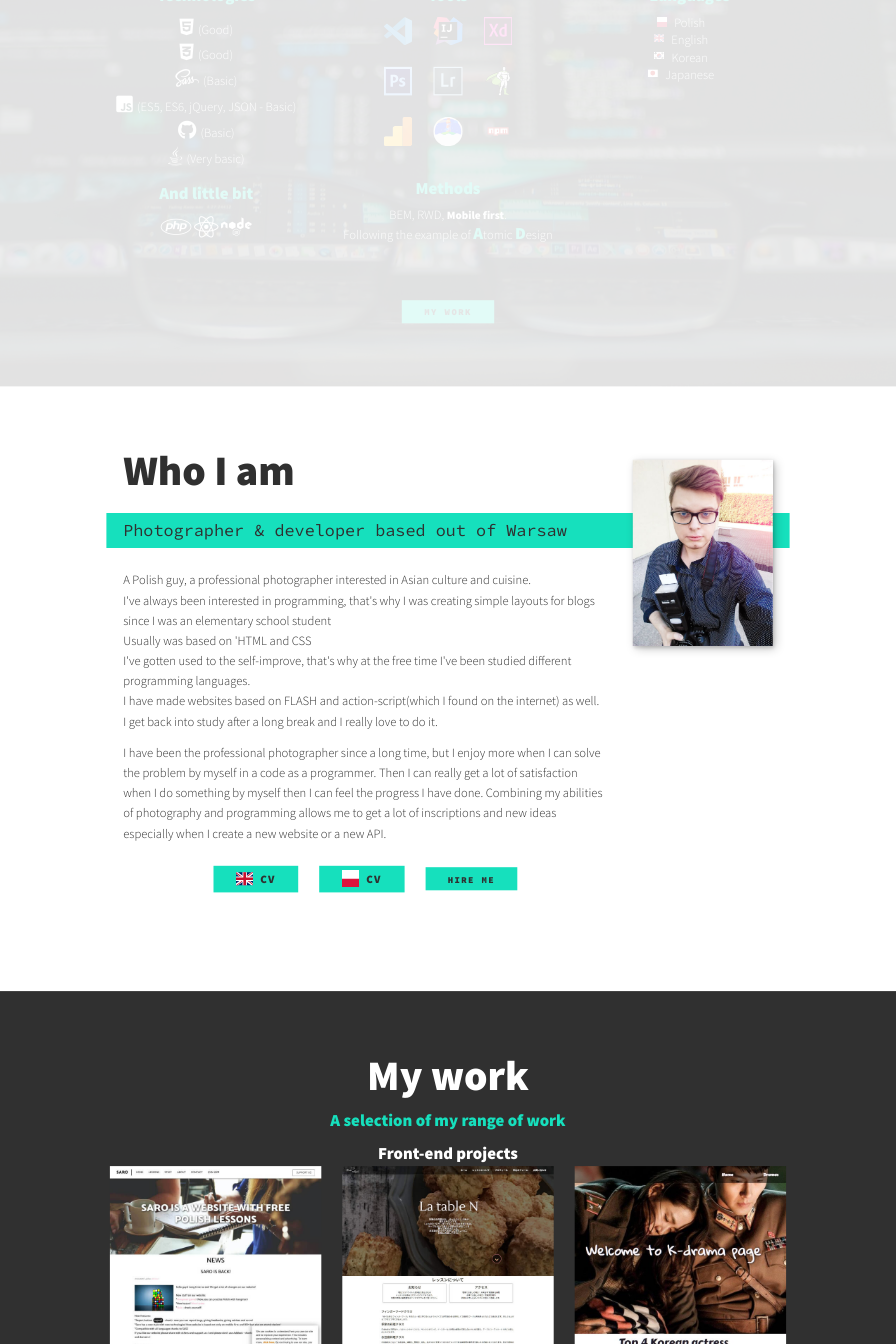
Repository: michalskirobert/michalskirobert.github.io
Page: index.html
These files come from the project's save history. The page is drawn as it stood at one moment and after the next save; the edit follows.
The browser window is 1280 px wide. The pictures show the part of the page from y = 817 to 2737 px (the page is 4481 px tall), at 70% of full size.
Some web libraries are served in a nearby version.

Above is the page before, as saved 2020-11-08 22:48:17.
Console error: TypeError: Cannot read properties of null (reading 'addEventListener')

### index.html
<!DOCTYPE html>
<html lang="en">

<head>
    <meta charset="UTF-8">
    <meta name="viewport" content="width=device-width, initial-scale=1.0">
    <meta name="theme-color" content="#16e0bd" />
    <meta name="apple-mobile-web-app-status-bar-style" content="#16e0bd" />

    <title>Robert Michalski</title>
    <link rel="stylesheet" href="https://cdnjs.cloudflare.com/ajax/libs/normalize/7.0.0/normalize.min.css">
    <link rel="stylesheet" href="https://cdnjs.cloudflare.com/ajax/libs/font-awesome/5.11.2/css/all.css"
        integrity="sha256-46qynGAkLSFpVbEBog43gvNhfrOj+BmwXdxFgVK/Kvc=" crossorigin="anonymous" />

    <!-- Update these with your own fonts -->
    <link href="https://fonts.googleapis.com/css?family=Source+Code+Pro:400,900|Source+Sans+Pro:300,900&display=swap"
        rel="stylesheet">

    <link rel="stylesheet" href="css/style.css">

</head>

<body>
    <header>
        <div class="logo">
            <i class="fas fa-terminal"></i>
            <p class="name"></p>
        </div>
        <button class="nav-toggle" aria-label="toggle navigation">
            <span class="hamburger"></span>
        </button>
        <nav class="nav">
            <ul class="nav__list">
                <li class="nav__item"><a href="#home" class="nav__link">Home</a></li>
                <li class="nav__item"><a href="#skills" class="nav__link">My skills</a></li>
                <li class="nav__item"><a href="#about" class="nav__link">About me</a></li>
                <li class="nav__item"><a href="#work" class="nav__link">My Work</a></li>
                <li class="nav__item"><a href="#hire-me" class="nav__link">Hire me</a></li>
            </ul>
        </nav>
    </header>

    <!-- Introduction -->
    <section class="intro" id="home">
        <h1 class="section__title section__title--intro">
            Hi, I am <strong>Robert <br>
                Michalski</strong>
        </h1>
        <p class="section__subtitle section__subtitle--intro">front-end dev</p>
        <img src="img/dev-robert.jpg" alt="a picture of me with smile :)" class="intro__img">
        <div class="button__item">
            <a href="#about" class="btn">About me</a>
        </div>
    </section>


    <!-- My skills -->
    <section class="my-skills" id="skills">
        <h2 class="section__title section__title--skills">Skills</h2>
        <div class="skills">
            <div class="skill">
                <h3>Technologies</h3>
                <p><i class="fab fa-html5"></i>(Good)</p>
                <p><i class="fab fa-css3-alt"></i>(Good)</p>
                <p><i class="fab fa-sass"></i>(Basic)</p>
                <p><i class="fab fa-js-square"></i>(ES5, ES6, jQuery, JSON - Basic)</b>
                <p><i class="fab fa-github"></i>(Basic)</p>
                <p><i class="fab fa-java"></i>(Very basic)</p>
                <h3>And little bit</h3>
                <div class="skill__row">
                    <i class="fab fa-php"></i>
                    <i class="fab fa-react"></i>
                    <i class="fab fa-node"></i>
                </div>
            </div>
            <!-- / skill -->
            <div class="skill">
                <h3>Tools</h3>
                <div class="image__item">
                    <img src="./img/visual-studio-code-1.svg" alt="Visual Studio Code" />
                    <img src="./img/intellij-idea-1.svg" alt="Inteliji IDEA" />
                    <img src="./img/adobe-xd.svg" alt="Adobe Xd" />
                    <img src="./img/adobe-photoshop-cs6.svg" alt="Adobe Photoshop" />
                    <img src="./img/lightroom-cc.svg" alt="Adobe Lightroom" />
                    <img src="./img/gsap-greensock.svg" alt="GSAP" />
                    <img src="./img/google-analytics-3.svg" alt="Google Analytics" />
                    <img src="./img/google-lighthouse.svg" alt="Google Lighthouse" />
                    <img src="./img/Npm-01.svg" alt="NPM">
                </div>
                <h3>Methods</h3>
                <p>BEM, RWD, <b>Mobile first</b>.</p>
                <p>Following the example of <span>A</span>tomic <span>D</span>esign</p>
            </div>
            <!-- / skill -->
            <div class="skill">
                <h3>Languages</h3>
                <p>Polish</p>
                <p>English</p>
                <p>Korean</p>
                <p>Japanese</p>
            </div>
            <!-- / skill -->
        </div>
        <!-- / skills -->

        <a href="#work" class="btn">My Work</a>
    </section>


    <!-- About me -->
    <section class="about-me" id="about">
        <h2 class="section__title section__title--about">Who I am</h2>
        <p class="section__subtitle section__subtitle--about">Photographer & developer based out of Warsaw</p>

        <div class="about-me__body">
            <p>A Polish guy, a professional photographer interested in Asian culture and cuisine. <br>
                I've always been interested in programming, that's why I was creating simple layouts for blogs since I
                was an elementary school student <br>
                Usually was based on 'HTML and CSS <br>
                I've gotten used to the self-improve, that's why at the free time I've been studied different programming languages. <br>
                I have made websites based on FLASH and action-script(which I found on the internet) as well. <br>
                I get back into study after a long break and I really love to do it.
            </p>
            <p>I have been the professional photographer since a long time, but I enjoy more when I can solve the
                problem by myself in a
                code
                as a programmer. Then I can really get a lot of satisfaction when I do something by myself then I can
                feel the progress I have done. Combining my abilities of photography and programming allows me to get a
                lot of inscriptions and new ideas especially when I create a new website or a new API. </p>
        </div>
        <img src="img/dev-robert02.jpg" alt="Photographer Robert Michalski" class="about-me__img">

        <div class="portfolio-item-individual">
            <a href="cv_en.pdf" class="btn" target="_blank"><b><img src="./img/gb.svg" width="25px" height="25px"
                        style="float: left; margin-right: 10px;">CV</b></a>
            <a href="cv.pdf" class="btn" target="_blank"><b><img src="./img/pl.svg" width="25px" height="25px"
                        style="float: left; margin-right: 10px;">CV</b></a>
            <a href="#hire-me" class="btn">Hire me</a>
        </div>
    </section>

    <!-- My Work -->
    <section class="my-work" id="work">
        <h2 class="section__title section__title--work">My work</h2>
        <p class="section__subtitle section__subtitle--work">A selection of my range of work</p>
        <h3 class="section__title section__title--work">Front-end projects</h3>
        <div class="portfolio">
            <!-- Portfolio item 01 -->
            <div class="portfolio__item">
                <img src="img/portfolio-01.jpg" alt="Saro.website - Website for people studying Polish"
                    class="portfolio__img">
                <div class="describe__item">
                    <div class="describe">
                        <h3>SARO.website</h3>
                        <p>Website was made for people studying Polish</p>
                        <b>Used technologies:</b>
                        <div class="check__item">
                            <i class="fab fa-html5"></i>
                            <i class="fab fa-sass"></i>
                            <i class="fab fa-js-square"></i>
                            <i class="fab fa-php"></i>
                        </div>
                        <div class="check__item">
                            <i class="fab fa-github"></i>
                            <a href="https://github.com/michalskirobert/SARO-2.0.2" target="_blank"><b>Source
                                    code</b></a>
                        </div>
                        <div class="check__item">
                            <i class="fas fa-server"></i>
                            <a href="https://saro.website" target="_blank"><b>Live</b></a>
                        </div>
                    </div>
                </div>
            </div>

            <!-- Portfolio item 02 -->
            <div class="portfolio__item">
                <img src="img/portfolio-02.jpg" alt="La Table N - best finger foods in Japan" class="portfolio__img">
                <div class="describe__item">
                    <div class="describe">
                        <h3>La Table N</h3>
                        <p>Website made for Japanese teacher of finger foods</p>
                        <b>Used technologies:</b>
                        <div class="check__item">
                            <i class="fab fa-html5"></i>
                            <i class="fab fa-sass"></i>
                            <i class="fab fa-js-square"></i>
                            <i class="fab fa-php"></i>
                        </div>
                        <div class="check__item">
                            <i class="fab fa-github"></i>
                            <a href="https://github.com/michalskirobert/La-Table-N" target="_blank"><b>Source
                                    code</b></a>
                        </div>
                        <div class="check__item">
                            <i class="fas fa-server"></i>
                            <a href="http://latablen.saro.website" target="_blank"><b>Live</b></a>
                        </div>
                    </div>
                </div>
            </div>

            <!-- Portfolio item 03 -->
            <div class="portfolio__item">
                <img src="img/portfolio-03.jpg" alt="Korean drama" class="portfolio__img">
                <div class="describe__item">
                    <div class="discribe">
                        <h3>Korean Drama-web</h3>
                        <p>Website about Korean dramas</p>
                        <b>Used technologies:</b>
                        <div class="check__item">
                            <i class="fab fa-html5"></i>
                            <i class="fab fa-css3-alt"></i>
                            <i class="fab fa-js-square"></i>
                        </div>
                    </div>
                    <div class="check__item">
                        <a href="https://github.com/michalskirobert/K-drama-website"><i class="fab fa-github"></i>
                            <b>Source code</b></a>
                    </div>
                    <div class="check__item">
                        <a href="https://michalskirobert.github.io/portfolio/website/01/index.html"><i
                                class="fas fa-server"></i>
                            <b>Live</b></a>
                    </div>
                </div>
            </div>
        </div>
        <h3 class="section__title section__title--work">API porftolio</h3>
        <div class="portfolio">
            <div class="portfolio__item">
                <img src="img/portfolio__api-01.jpg" alt="Report API by Robert Michalski" class="portfolio__img">
                <div class="describe__item">
                    <div class="describe">
                        <h3>Report.JS</h3>
                        <p>Api made for the website (saro.website), now I can get any information about bugs on my webste</p>
                        <b>Used technologies:</b>
                        <div class="check__item">
                            <i class="fab fa-html5"></i>
                            <i class="fab fa-sass"></i>
                            <i class="fab fa-js-square"></i>
                            <i class="fab fa-php"></i>
                        </div>
                        <div class="check__item">
                            <a href="https://github.com/michalskirobert/report-JS" target="_blank"><i
                                    class="fab fa-github"></i>
                                <b>Source code</b></a>
                        </div>
                        <div class="check__item">
                            <a href="https://michalskirobert.github.io/portfolio/api/01/index.html" target="_blank"><i
                                    class="fas fa-server"></i>
                                <b>Live</b></a>
                        </div>
                    </div>
                </div>
            </div>

            <div class="portfolio__item">
                <img src="img/portfolio__api-02.jpg" alt="Polish Name checker by Robert Michalski"
                    class="portfolio__img">
                <div class="describe__item">
                    <div class="describe">
                        <h3>Polish name Checker API</h3>
                        <p>This API I created for people who are confused with Polish names</p>
                        <b>Used technologies:</b>
                        <div class="check__item">
                            <i class="fab fa-html5"></i>
                            <i class="fab fa-css3-alt"></i>
                            <i class="fab fa-js-square"></i>
                        </div>
                        <div class="check__item">
                            <a href="https://github.com/michalskirobert/Polish-name-checker-1.0.0" target="_blank"><i
                                    class="fab fa-github"></i>
                                <b>Source code</b></a>
                        </div>
                        <div class="check__item">
                            <a href="https://michalskirobert.github.io/portfolio/api/02/index.html" target="_blank"><i
                                    class="fas fa-server"></i>
                                <b>Live</b></a>
                        </div>
                    </div>
                </div>
            </div>
        </div>
    </section>

    <!-- Hire me -->
    <section class="hire-me" id="hire-me">
        <h2 class="section__title section__title--hireMe">Hire me</h2>
        <p class="section__subtitle section__subtitle--hireMe">Contact infomation</p>

        <div class="hire-me__body">
            <p>I would love to work remotely or work in the office based in Warsaw <br>
                My dream is having a work that I can improve and expand my programming abilities and myself in
                front-end.
            </p>
            <p>I would love to learn more about Node.JS, React.JS and even PHP - for me if I can understand more
                back-end then I can be a really good as a front-end developer
            </p>
            <form action="https://formspree.io/f/moqpdypa" method="POST">
                <h3>Contact</h3>
                <input placeholder="Name or company name" type="text" id="name" name="name" value="" required>
                <input placeholder="Email" type="email" id="email" name="email"
                    onblur="this.setAttribute('value', this.value);" value="" required>
                <textarea placeholder="Message" rows="1" id="msg" name="message" required></textarea>
                <button type="submit">Send</button>
            </form>
        </div>
        <img src="img/contact.jpg" alt="Warsaw" class="about-me__img">
    </section>

    <!-- Footer -->
    <footer class="footer">
        <a href="mailto:robertxmichalskio@gmail.com" class="footer__link">robertxmichalskio@gmail.com</a>
        <ul class="social-list">
            <!-- <li class="social-list__item">
                <a class="social-list__link" href="https://codepen.io">
                    <i class="fab fa-codepen"></i>
                </a>
            </li> -->
            <li class="social-list__item">
                <a class="social-list__link" href="https://www.linkedin.com/in/robert-michalski-3792641b3/"
                    target="_blank">
                    <i class="fab fa-linkedin"></i>
                </a>
            </li>
            <li class="social-list__item">
                <a class="social-list__link" href="https://www.facebook.com/oresamashikou/" target="_blank">
                    <i class="fab fa-facebook-square"></i>
                </a>
            </li>
            <li class="social-list__item">
                <a class="social-list__link" href="https://github.com/michalskirobert" target="_blank">
                    <i class="fab fa-github"></i>
                </a>
            </li>
        </ul>
    </footer>
    <div class="intro-slider">
        <div class="intro-text">
            <h2 class="hide">
                <span class="text">ロバート</span>
            </h2>
            <h2 class="hide">
                <span class="text">フロントエンド開発者</span>
            </h2>
            <h2 class="hide">
                <span class="text">ようこそ</span>
            </h2>
        </div>
    </div>
    <div class="slider"></div>
    <script src="https://ajax.googleapis.com/ajax/libs/jquery/3.5.1/jquery.min.js"></script>
    <script src="https://cdnjs.cloudflare.com/ajax/libs/gsap/3.5.1/gsap.min.js"
        integrity="sha512-IQLehpLoVS4fNzl7IfH8Iowfm5+RiMGtHykgZJl9AWMgqx0AmJ6cRWcB+GaGVtIsnC4voMfm8f2vwtY+6oPjpQ=="
        crossorigin="anonymous"></script>
    <script src="https://cdnjs.cloudflare.com/ajax/libs/gsap/3.4.2/ScrollTrigger.min.js"></script>
    <script src="https://formspree.io/js/formbutton-v1.min.js" defer></script>
    <script>
        window.formbutton = window.formbutton || function () { (formbutton.q = formbutton.q || []).push(arguments) };
        formbutton("create", { action: "https://formspree.io/f/moqpdypa" })
    </script>
    <script src="js/index.js"></script>
    <script src="js/animations.js"></script>
    <script src="js/mail.js"></script>
</body>

</html>

### css/reset.css
html, body, div, span, applet, object, iframe,
h1, h2, h3, h4, h5, h6, p, blockquote, pre,
a, abbr, acronym, address, big, cite, code,
del, dfn, em, img, ins, kbd, q, s, samp,
small, strike, strong, sub, sup, tt, var,
b, u, i, center,
dl, dt, dd, ol, ul, li,
fieldset, form, label, legend,
table, caption, tbody, tfoot, thead, tr, th, td,
article, aside, canvas, details, embed,
figure, figcaption, footer, header, hgroup,
menu, nav, output, ruby, section, summary,
time, mark, audio, video {
	margin: 0;
	padding: 0;
	border: 0;
	outline: 0;
	font-size: 100%;
	font: inherit;
	vertical-align: baseline;
	background: transparent;
}
/* HTML5 display-role reset for older browsers */
article, aside, details, figcaption, figure,
footer, header, hgroup, menu, nav, section {
	display: block;
}
body {
	line-height: 1;
}
ol, ul {
	list-style: none;
}
blockquote, q {
	quotes: none;
}
blockquote:before, blockquote:after,
q:before, q:after {
	content: '';
	content: none;
}
table {
	border-collapse: collapse;
	border-spacing: 0;
}

Loaded but not shown: js/animations.js (63 lines, source omitted); js/mail.js (45 lines, source omitted); js/index.js (15 lines, source omitted); css/style.css (1032 lines, source omitted)

After the next save:
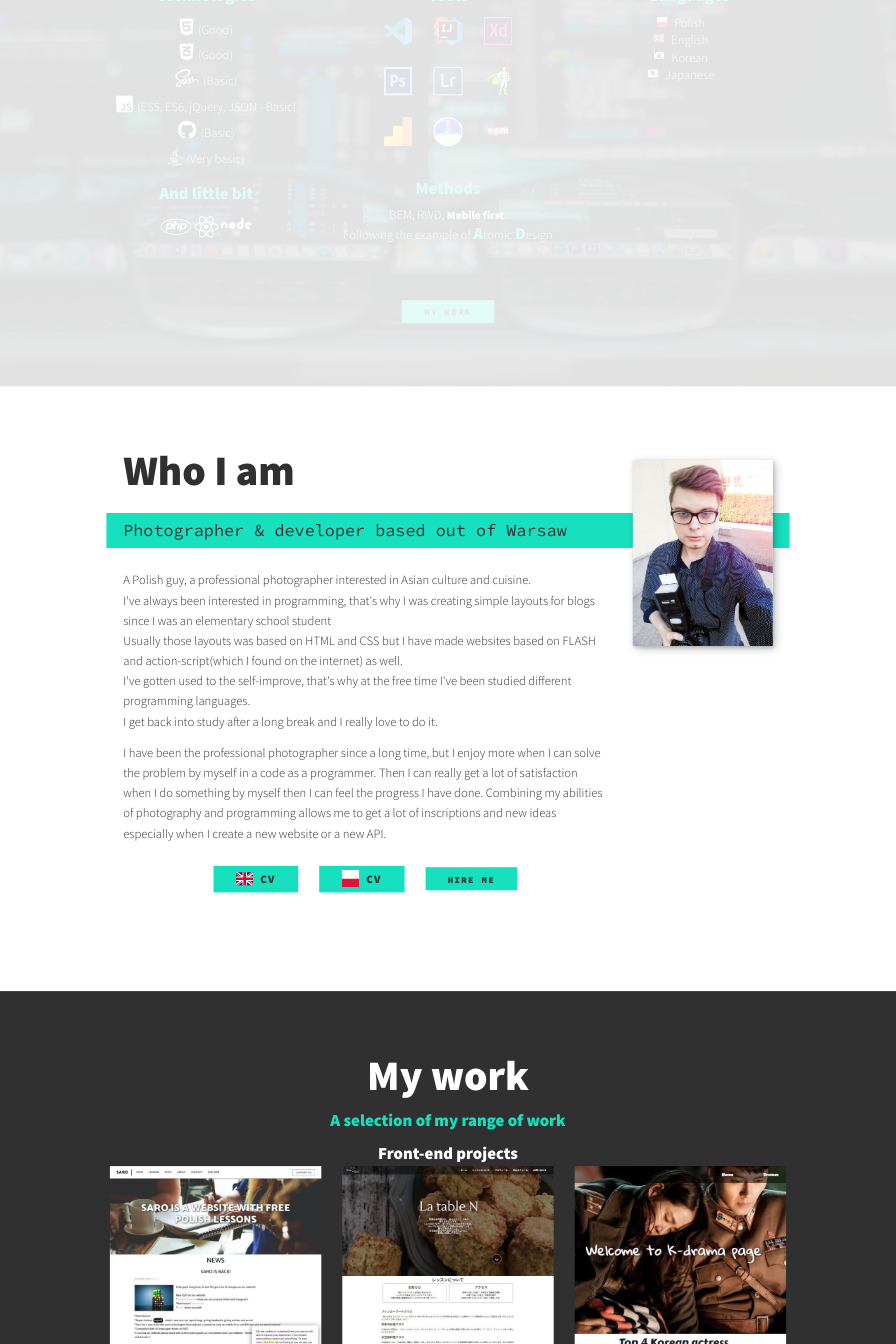
Saved 119 s later.
--- a/index.html
+++ b/index.html
@@ -116,9 +116,8 @@
             <p>A Polish guy, a professional photographer interested in Asian culture and cuisine. <br>
                 I've always been interested in programming, that's why I was creating simple layouts for blogs since I
                 was an elementary school student <br>
-                Usually was based on 'HTML and CSS <br>
+                Usually those layouts was based on HTML and CSS but I have made websites based on FLASH and action-script(which I found on the internet) as well. <br>
                 I've gotten used to the self-improve, that's why at the free time I've been studied different programming languages. <br>
-                I have made websites based on FLASH and action-script(which I found on the internet) as well. <br>
                 I get back into study after a long break and I really love to do it.
             </p>
             <p>I have been the professional photographer since a long time, but I enjoy more when I can solve the
